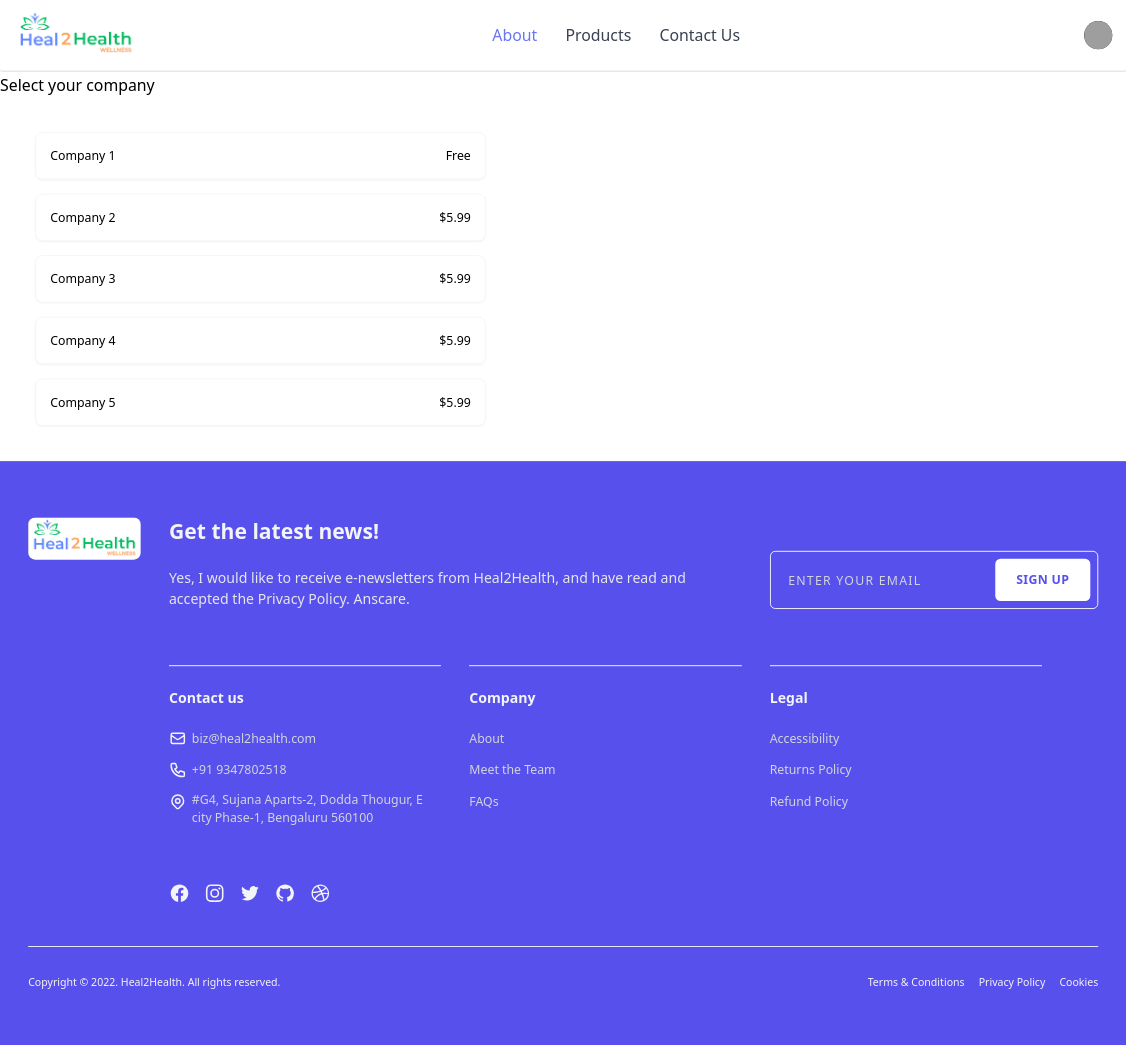
Repository: Akash123-coder/H2H
Page: /SignUp (app in Frontend/)
The author's editor kept a copy of each file at every save. The page is drawn from the files as they stood at one save, then again after the next save.
The browser window is 1280 px wide. The pictures show the whole page, at 88% of full size.
Pictures or frames that could not be fetched are drawn as grey boxes. The project was rebuilt for these pictures with package versions that can differ from the ones it lists, and the page was loaded fresh each time. Also part of the build but not shown: Frontend/vite.config.ts, Frontend/src/pages/About.tsx, Frontend/src/components/Cta.jsx, Frontend/src/pages/Home.tsx, Frontend/src/components/Buttonsm.tsx, Frontend/src/components/Buttonrm.tsx, Frontend/src/components/Product.tsx, Frontend/src/pages/Prescription.jsx and 2 more.

Above is the page before, as saved 2022-09-27 17:18:45.

After the next save:
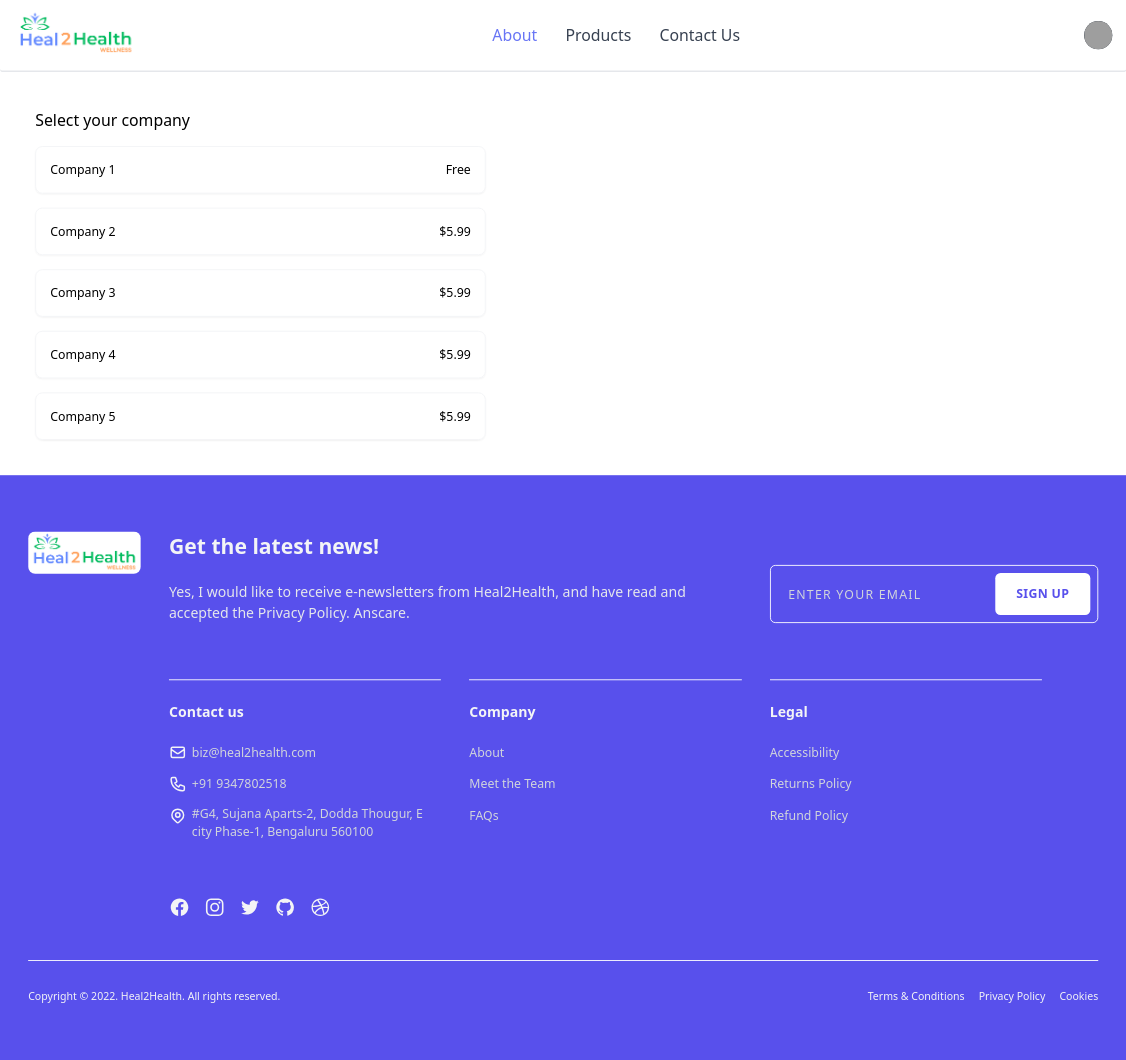
Saved 10 s later.
--- a/Frontend/src/pages/CompanyNameSelect.jsx
+++ b/Frontend/src/pages/CompanyNameSelect.jsx
@@ -3,8 +3,8 @@ import React from 'react'
 function CompanyNameSelect() {
   return (
     <div>
+      <div class="m-10 space-y-4 max-w-lg">
       <div className="text-lg">Select your company</div>
-      <div class="m-10 space-y-4 max-w-lg">
         <div>
           <input
             class="hidden peer"
